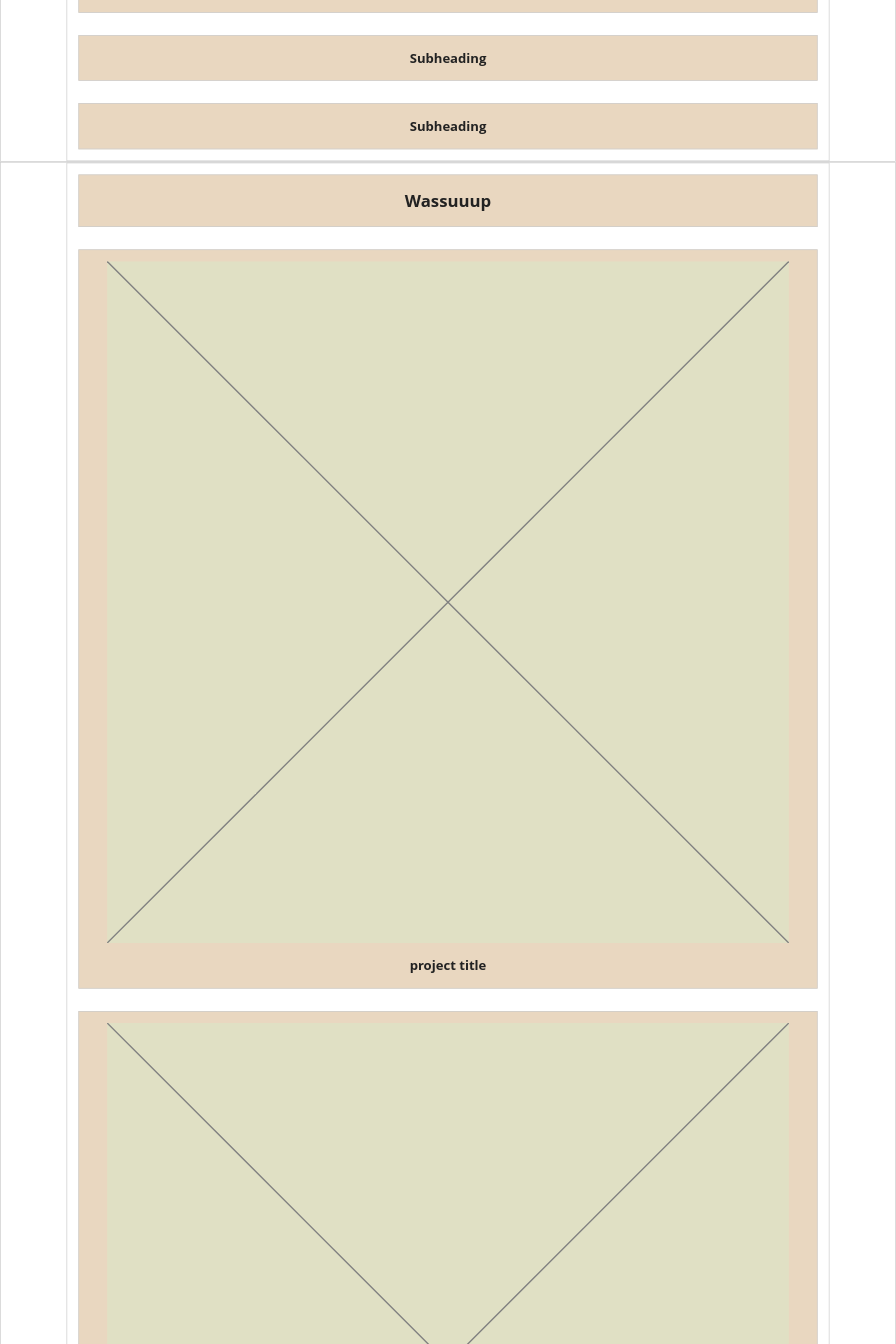
Repository: eilidhma/metrolics
Page: index.html
The author's editor kept a copy of each file at every save. The page is drawn from the files as they stood at one save, then again after the next save.
The browser window is 1280 px wide. The pictures show the part of the page from y = 1525 to 3445 px (the page is 16910 px tall before and 14627 px after), at 70% of full size.

Above is the page before, as saved 2021-02-02 17:18:18.

After the next save:
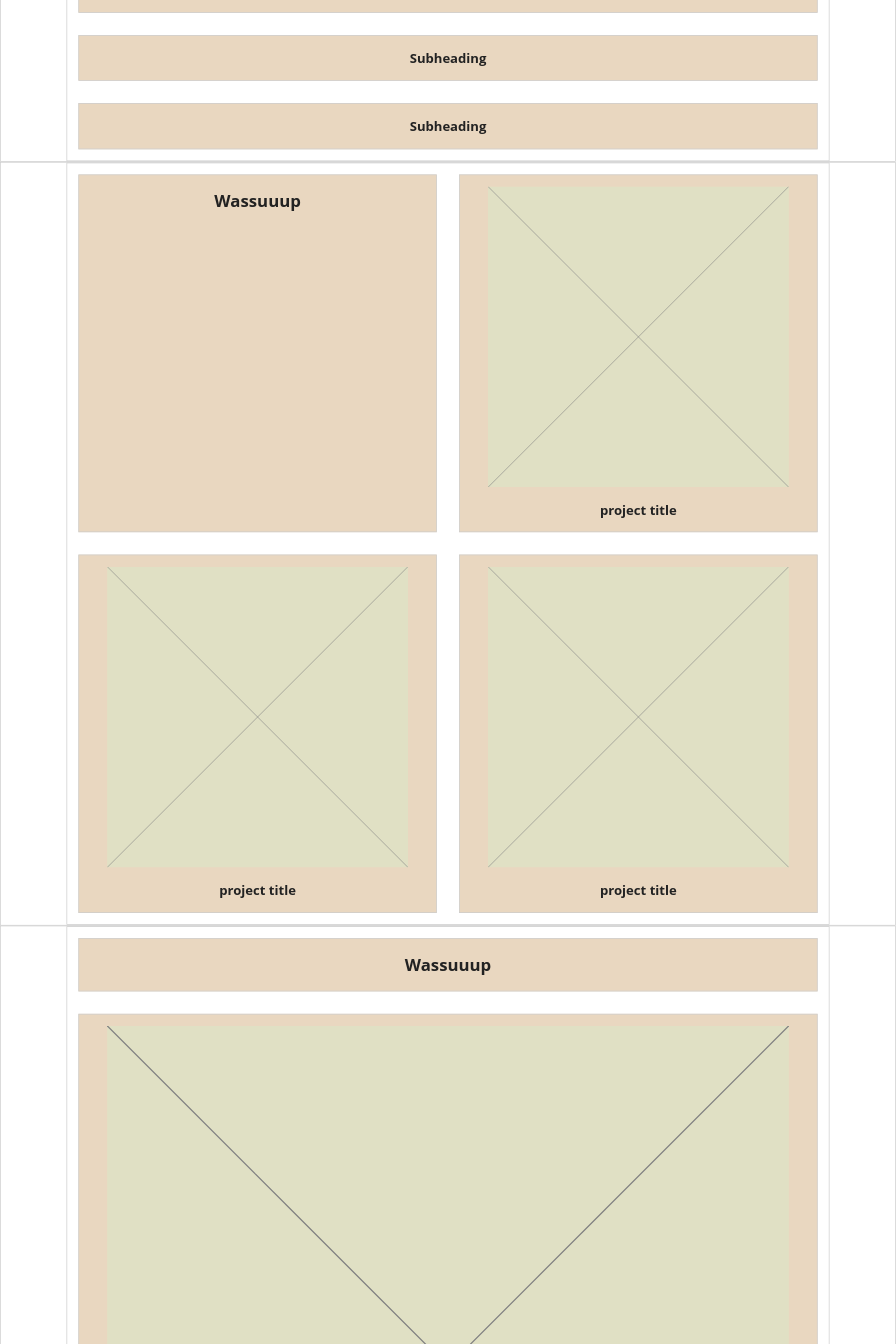
Saved 93 s later.
--- a/index.html
+++ b/index.html
@@ -375,7 +375,7 @@
   </section>
 
   <section class="projects--new">
-    <div class="row">
+    <div class="row col-2">
       <div class="column">
         <h2 class="heading">
           Wassuuup
